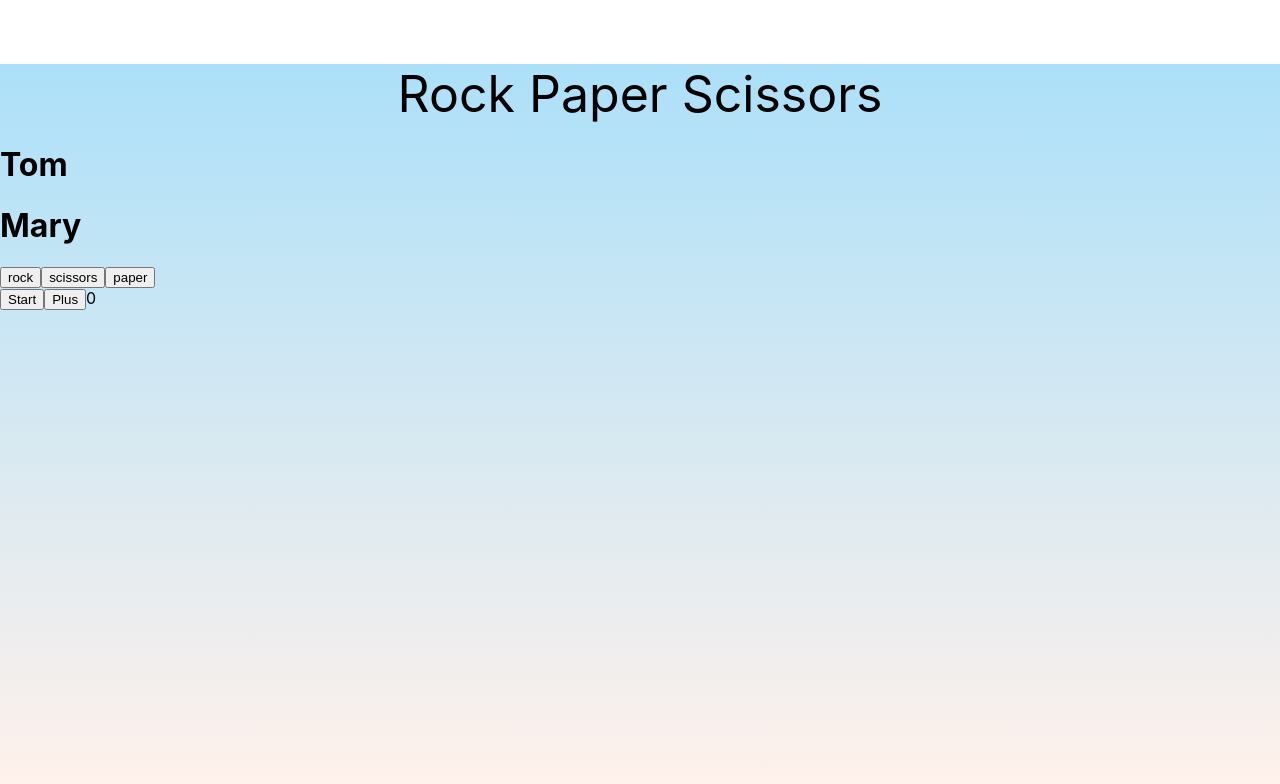
Repository: K009/Rock-Paper-Scissors
Page: /
An editor plug-in stored every save of this project. The page is shown before and after the next save, followed by the edit.
The browser window is 1280 px wide. The pictures show the whole page.
The project was rebuilt for these pictures with package versions that can differ from the ones it lists, and the page was loaded fresh each time.

Above is the page before, as saved 2020-05-12 09:13:51.

### src/App.js
import React, { Component } from "react";
import "./App.css";
import Player from "./components/Player";

const weapon = ["rock", "paper", "scissors"];

class App extends Component {
  constructor() {
    super();
    this.state = {
      playerOne: weapon[0],
      playerTwo: weapon[0],
      winner: "",
    };
    this.state = { counter: 0 };
  }

  startGame = () => {
    let counter = 0;
    let gameInterval = setInterval(() => {
      //to make a delay
      counter++;
      console.log(counter);
      this.setState({
        playerTwo: weapon[Math.floor(Math.random() * weapon.length)],
        winner: "",
      });
      if (counter > 5) {
        clearInterval(gameInterval);
        this.setState({
          winner: this.selectWinner(),
        });
      }
    }, 100);
  };

  selectWinner = () => {
    const { playerOne, playerTwo } = this.state;
    console.log("Player One: " + playerOne + "Player Two: " + playerTwo);
    if (playerOne === playerTwo) {
      console.log("It's a tie");
      return "It's a tie";
    } else if (
      (playerOne === "rock" && playerTwo === "scissors") ||
      (playerOne === "paper" && playerTwo === "rock") ||
      (playerOne === "scissors" && playerTwo === "paper")
    ) {
      return "Player one wins!";
    } else {
      return "Player two wins!";
    }
  };

  selectWeapon = (weapon) => {
    //in argument it gets a value that is going to be set for playerOne
    this.setState({
      playerOne: weapon, //here it gets changed
      winner: "", //winner without any changes - still ""
    });
  };

  increment() {
    this.setState({
      counter: this.state.counter + 1,
    });
  }

  render() {
    const { playerOne, playerTwo, winner } = this.state;
    return (
      <div className="App">
        <div className="Title">Rock Paper Scissors</div>
        <div className="Players">
          <Player playerName="Tom" weapon={playerOne} />
          <Player playerName="Mary" weapon={playerTwo} />
        </div>
        <div>
          <button className="weapon" onClick={() => this.selectWeapon("rock")}>
            rock
          </button>
          <button
            className="weapon"
            onClick={() => this.selectWeapon("scissors")}
          >
            scissors
          </button>
          <button className="weapon" onClick={() => this.selectWeapon("paper")}>
            paper
          </button>
        </div>
        <div className="winner">{winner ? this.selectWinner() : null}</div>
        <button className="start" onClick={this.startGame}>
          Start
        </button>
        <button onClick={this.increment.bind(this)}>Plus</button>
        <output>{this.state.counter}</output>
      </div>
    );
  }
}

export default App;

### src/App.css
.App {
  min-height: 100vh;
  background-image: linear-gradient(to top, #fff1eb 0%, #ace0f9 100%);
}

.Title {
  font-size: 50px;
  text-align: center;
  margin-top: 5%;
}

### src/components/Player.js
import React from "react";
//import style from "./player.module.css";

const Player = ({ playerName }) => {
  return (
    <div>
      <h1>{playerName}</h1>
    </div>
  );
};

export default Player;

Loaded but not shown: public/index.html (common file); src/index.js (common file); src/index.css (common file); src/serviceWorker.js (common file)

After the next save:
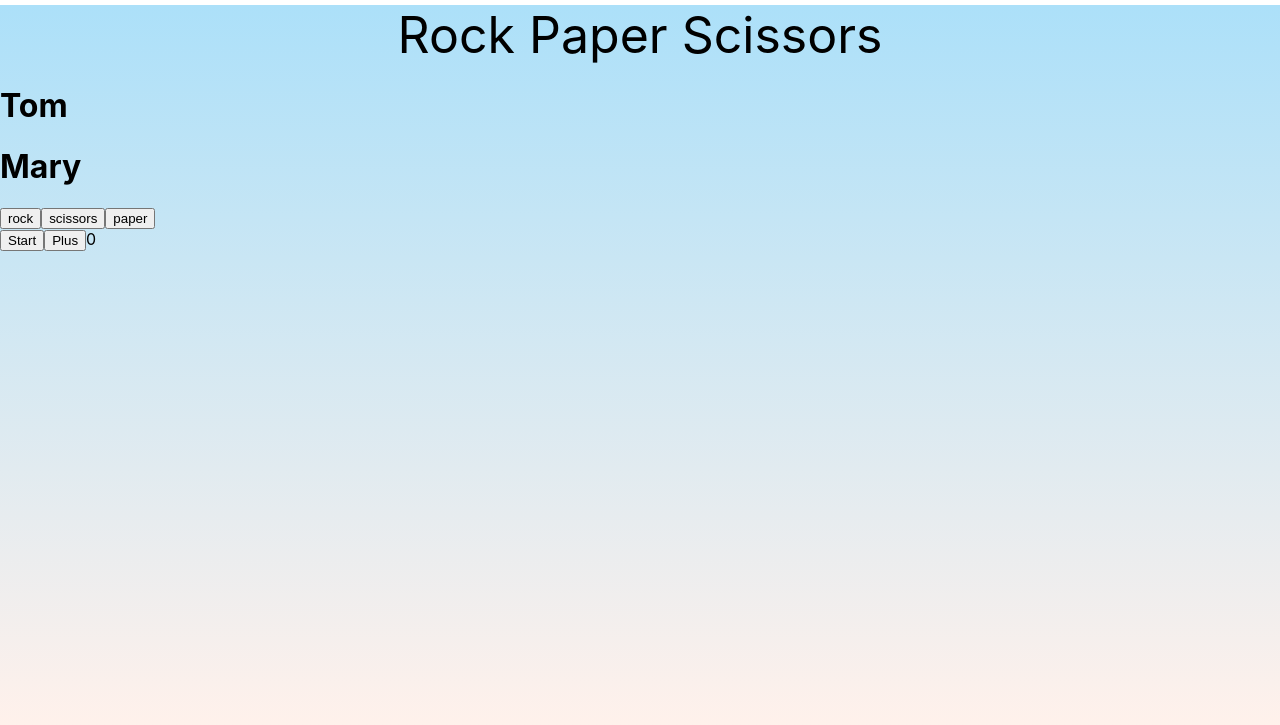
Saved 25 s later.
--- a/src/App.css
+++ b/src/App.css
@@ -6,5 +6,5 @@
 .Title {
   font-size: 50px;
   text-align: center;
-  margin-top: 5%;
+  margin-top: 5px;
 }
